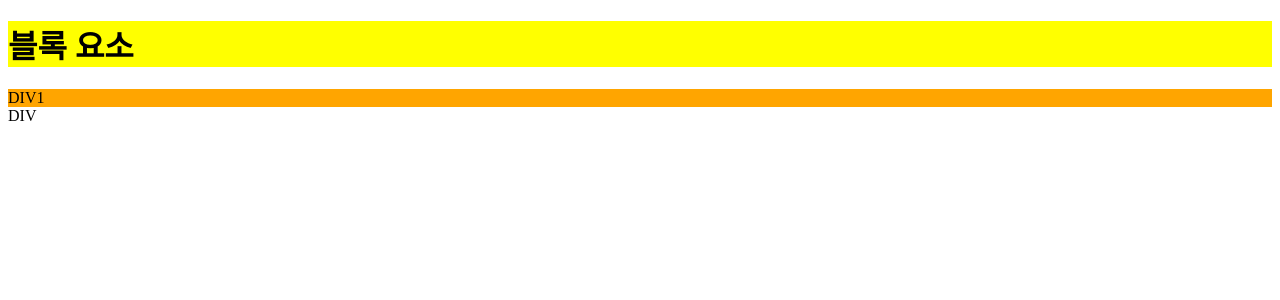
Repository: guswnsdldl/gb
Page: html workspace/g_display/src/main/webapp/block.html
An editor plug-in stored every save of this project. The page is shown before and after the next save, followed by the edit.
The browser window is 1280 px wide. The pictures show the whole page.

Above is the page before, as saved 2024-08-06 04:55:06.

After the next save:
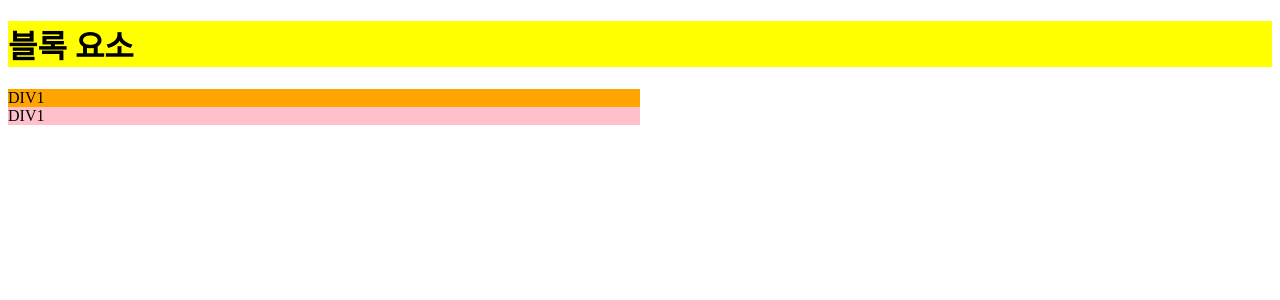
Saved 51 s later.
--- a/html workspace/g_display/src/main/webapp/block.html
+++ b/html workspace/g_display/src/main/webapp/block.html
@@ -6,7 +6,8 @@
 </head>
 <body>
 <h1 style="background-color: yellow;">블록 요소</h1>
-<div style="background-color: orange; width: 50">DIV1</div>
-<div>DIV</div>
+<div style="background-color: orange; width: 50%">DIV1</div>
+<div style="background-color: pink; width: 50%">DIV1</div>
+
 </body>
 </html>
